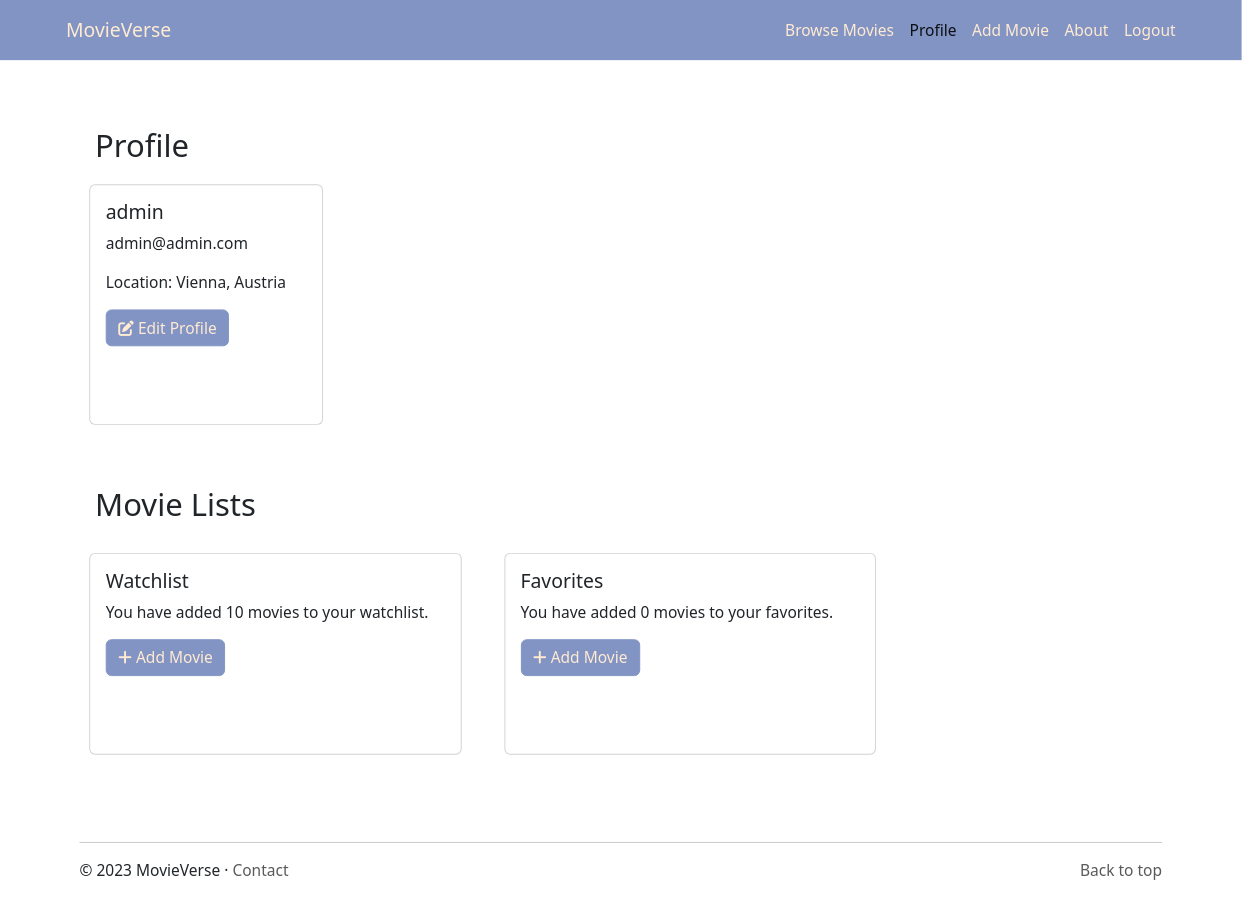
Repository: rafaelasantana/MovieVerse
Page: http://localhost/profile.php
The author's editor kept a copy of each file at every save. The page is drawn from the files as they stood at one save, then again after the next save.
The browser window is 1280 px wide. The pictures show the whole page, at 97% of full size.
Some web libraries are served in a nearby version. The page is run by PHP 8.4 with error messages shown; the project is at /var/www/html/. The session is filled in as if someone had signed in: {"username": "admin", "role": 1, "status": 1, "id": 1, "firstname": "admin", "email": "admin@admin.com"}. Other server files are loaded and not shown. Queries for data that is not in the repository find no rows.

Above is the page before, as saved 2023-06-24 23:46:45.
Console error: TypeError: Cannot read properties of undefined (reading 'keyboard')

### MovieVerse/profile.php
<?php
$page = "profile";
session_start();
include "header.php";
include "navbar.php";
include "includes/db_handler.inc.php";  // assuming your database connection file is located at includes/db_handler.inc.php

$userId = $_SESSION["id"];
$watchlist_count = 0;
$favorites_count = 0;

if ($userId) {
    $stmt = $conn->prepare("SELECT COUNT(*) as count FROM watched WHERE user_id = ?");
    $stmt->bind_param("i", $userId);
    $stmt->execute();
    $result = $stmt->get_result();
    $row = $result->fetch_assoc();
    $watchlist_count = $row['count'];

    $stmt = $conn->prepare("SELECT COUNT(*) as count FROM favorites WHERE user_id = ?");
    $stmt->bind_param("i", $userId);
    $stmt->execute();
    $result = $stmt->get_result();
    $row = $result->fetch_assoc();
    $favorites_count = $row['count'];
}

// Close the connection
$conn->close();
?>


<main>
  <div class="container my-5">
    <div class="row my-3">
      <div class="col-md-3">
        <p class="fs-2 mx-3 mt-3">Profile</p>
        <div class="card">
          <div class="card-body">
            <h5 class="card-title"><?php echo $_SESSION["firstname"];?></h5>
            <p class="card-text"><?php echo $_SESSION["email"];?></p>
            <p class="card-text">Location: Vienna, Austria</p>
            <a href="editProfile.php" class="btn btn-primary"><i class="fas fa-edit"></i> Edit Profile</a>
          </div>
        </div>
      </div>
    </div>
    <div class="row my-3">
      <div class="col-md-9 my-3">
        <p class="fs-2 mx-3 mt-3">Movie Lists</p>
        <div class="row my-3">
          <div class="col-md-6">
            <div class="card">
              <div class="card-body">
                <h5 class="card-title">Watchlist</h5>
                <p class="card-text">You have added 10 movies to your watchlist.</p>
                <a href="#" class="btn btn-primary"><i class="fas fa-plus"></i> Add Movie</a>
              </div>
            </div>
          </div>
          <div class="col-md-6">
            <div class="card">
              <div class="card-body">
                <h5 class="card-title">Favorites</h5>
                <p class="card-text">You have added <?php echo $favorites_count; ?> movies to your favorites.</p>
                <a href="#" class="btn btn-primary"><i class="fas fa-plus"></i> Add Movie</a>
              </div>
            </div>
          </div>
        </div>
      </div>

    </div>
  </div>
  </div>

</main>

<?php
include "footer.php";
?>

### MovieVerse/header.php
<!doctype html>
<html lang="en">

<head>
  <title>Title</title>
  <!-- Required meta tags -->
  <meta charset="utf-8">
  <meta name="viewport" content="width=device-width, initial-scale=1, shrink-to-fit=no">

  <!-- Bootstrap CSS v5.2.1 -->
  <link href="https://cdn.jsdelivr.net/npm/bootstrap@5.2.1/dist/css/bootstrap.min.css" rel="stylesheet" integrity="sha384-iYQeCzEYFbKjA/T2uDLTpkwGzCiq6soy8tYaI1GyVh/UjpbCx/TYkiZhlZB6+fzT" crossorigin="anonymous">

  <!-- Template Main CSS Files -->
  <link href="assets/css/variables.css" rel="stylesheet">
  <link href="assets/css/index.css" rel="stylesheet">
  <link href="assets/css/login.css" rel="stylesheet">
  <link href="assets/css/footer.css" rel="stylesheet">
  <link href="assets/css/navbar.css" rel="stylesheet">

  <!-- add jquery (here minimized version)-->
  <script src="https://code.jquery.com/jquery-3.6.4.min.js" integrity="sha256-oP6HI9z1XaZNBrJURtCoUT5SUnxFr8s3BzRl+cbzUq8=" crossorigin="anonymous"></script>

  <!-- add font awesome library -->
  <script src="https://kit.fontawesome.com/a2b15cd676.js" crossorigin="anonymous"></script>

  <script defer src="assets/js/index.js"></script>

</head>

<body>

### MovieVerse/navbar.php
<!-- Begin header -->
<div class="navbar navbar-expand-lg" style="background-color: #8294C4">
    <div class="container-fluid">
        <!-- click on logo image to go to homepage -->
        <a href="index.php" class="navbar-brand mx-2 navbar-text">MovieVerse</a>
        <!-- burger button when collapses -->
        <div class="justify-content-end">
            <button class="navbar-toggler" type="button" data-bs-toggle="collapse" data-bs-target="#navbar_index" aria-controls="navbar_index" aria-expanded="false">
                <span class="navbar-toggler-icon"></span>
            </button>

        </div>
        <!-- Navbar -->
        <div id="navbar_index" class="collapse navbar-collapse justify-content-end">
            <div class="navbar-nav">
                <a class="navbar-text nav-link <?php if ($page == 'index') echo 'active' ?>" href="index.php">Browse Movies</a>
                <?php
                // if user is logged in, show profile
                if (isset($_SESSION["firstname"])) { ?>
                    <a class="navbar-text nav-link <?php if ($page == 'profile') echo 'active' ?> " href="profile.php">Profile</a>
                    <a class='navbar-text nav-link <?php if($page == 'addMovies') echo 'active' ?>' href='addMovies.php'>Add Movie</a>
                    <a class="navbar-text nav-link <?php if ($page == "help") echo " active" ?>" href="about.php">About</a>
                    <a class='navbar-text nav-link <?php if($page == 'logout') echo 'active' ?>' href='includes/logout.inc.php'>Logout</a>
                <?php }
                // if user is not logged in, show register and login
                else { ?>
                    <a class="navbar-text nav-link <?php if ($page == "registration") echo "active" ?>" href="registration.php">Register</a>
                    <a class="navbar-text nav-link <?php if ($page == "login") echo " active" ?>" href="login.php">Login</a>
                    <a class="navbar-text nav-link <?php if ($page == "help") echo " active" ?>" href="about.php">About</a>
                <?php } ?>
            </div>
        </div>
    </div>
</div>

### MovieVerse/includes/db_handler.inc.php
<?php
mysqli_report(MYSQLI_REPORT_ERROR | MYSQLI_REPORT_STRICT);


$server_name = "localhost";
$db_username = "root";
$db_password = "";
$db_name = "movieverseprojekt";

$conn = mysqli_connect($server_name, $db_username, $db_password, $db_name);

if (mysqli_connect_errno()) {
    printf("Connect failed: %s\n", mysqli_connect_error());
}

if (!mysqli_ping($conn)) {
    printf ("Error: %s\n", mysqli_error($conn));
}

### MovieVerse/footer.php
<footer class="container mt-4">
  <hr class="featurette-divider">
  <p class="float-end"><a href="#" class="footerCls">Back to top</a></p>
  <p>&copy; 2023 MovieVerse &middot; <a href="about.php" class="footerCls">Contact</a></p>
</footer>
<!-- Bootstrap JavaScript Libraries -->
<script src="https://cdn.jsdelivr.net/npm/@popperjs/core@2.11.6/dist/umd/popper.min.js" integrity="sha384-oBqDVmMz9ATKxIep9tiCxS/Z9fNfEXiDAYTujMAeBAsjFuCZSmKbSSUnQlmh/jp3" crossorigin="anonymous">
</script>

<script src="https://cdn.jsdelivr.net/npm/bootstrap@5.2.1/dist/js/bootstrap.min.js" integrity="sha384-7VPbUDkoPSGFnVtYi0QogXtr74QeVeeIs99Qfg5YCF+TidwNdjvaKZX19NZ/e6oz" crossorigin="anonymous">
</script>
</body>

</html>

### MovieVerse/assets/css/variables.css
/**
* Template Name: ZenBlog
* File: variables.css
* Description: Easily customize colors, typography, and other repetitive properties used in the template main stylesheet file main.css
*
* Template URL: https://bootstrapmade.com/zenblog-bootstrap-blog-template/
* Author: BootstrapMade.com
* License: https://bootstrapmade.com/license/
*
* Contents:
* 1. ZenBlog template variables
* 2. Override default Bootstrap variables
* 3. Set color and background class names
*
* Learn more about CSS variables at https://developer.mozilla.org/en-US/docs/Web/CSS/Using_CSS_custom_properties
*/

/*--------------------------------------------------------------
# 1. ZenBlog template variables
--------------------------------------------------------------*/
:root {

  /* Fonts */
  --font-default: 'EB Garamond', system-ui, -apple-system, "Segoe UI", Roboto, "Helvetica Neue", Arial, "Noto Sans", "Liberation Sans", sans-serif, "Apple Color Emoji", "Segoe UI Emoji", "Segoe UI Symbol", "Noto Color Emoji";
  --font-primary: 'EB Garamond', serif; /*'Playfair Display', serif;*/
  --font-secondary: 'Inter', sans-serif;

  /* Colors */
  /* The *-rgb color names are simply the RGB converted value of the corresponding color for use in the rgba() function */

  /* Default text color */
  --color-default: #212529;
  --color-default-rgb: 33, 37, 41;

  /* Defult links color */
  --color-links: #212529;
  --color-links-hover: #15171a;

  /* Primay colors */
  --color-primary: #212529;
  --color-primary-light: #26282c;
  --color-primary-dark: #0b0c0e;

  --color-primary-rgb: 33, 37, 41;
  --color-primary-light-rgb: 38, 40, 44;
  --color-primary-dark-rgb: 11, 12, 14;

  /* Secondary colors */
  --color-secondary: #596d80;
  --color-secondary-light: #8498aa;
  --color-secondary-dark: #404f5c;

  --color-secondary-rgb: 89, 109, 128;
  --color-secondary-light-rgb: 132, 152, 170;
  --color-secondary-dark-rgb: 64, 79, 92;

  /* General colors */
  --color-blue: #0d6efd;
  --color-blue-rgb: 13, 110, 253;

  --color-indigo: #6610f2;
  --color-indigo-rgb: 102, 16, 242;

  --color-purple: #6f42c1;
  --color-purple-rgb: 111, 66, 193;

  --color-pink: #f3268c;
  --color-pink-rgb: 243, 38, 140;

  --color-red: #df1529;
  --color-red-rgb: 223, 21, 4;

  --color-orange: #fd7e14;
  --color-orange-rgb: 253, 126, 20;

  --color-yellow: #ffc107;
  --color-yellow-rgb: 255, 193, 7;

  --color-green: #059652;
  --color-green-rgb: 5, 150, 82;

  --color-teal: #20c997;
  --color-teal-rgb: 32, 201, 151;

  --color-cyan: #0dcaf0;
  --color-cyan-rgb: 13, 202, 240;

  --color-white: #ffffff;
  --color-white-rgb: 255, 255, 255;

  --color-gray: #6c757d;
  --color-gray-rgb: 108, 117, 125;

  --color-black: #000000;
  --color-black-rgb: 0, 0, 0;
}

/*--------------------------------------------------------------
# 2. Override default Bootstrap variables
--------------------------------------------------------------*/
:root {
  --bs-blue: var(--color-blue);
  --bs-indigo: var(--color-indigo);
  --bs-purple: var(--color-purple);
  --bs-pink: var(--color-pink);
  --bs-red: var(--color-red);
  --bs-orange: var(--color-orange);
  --bs-yellow: var(--color-yellow);
  --bs-green: var(--color-green);
  --bs-teal: var(--color-teal);
  --bs-cyan: var(--color-cyan);
  --bs-white: var(--color-white);
  --bs-gray: var(--color-gray);
  --bs-gray-dark: #343a40;
  --bs-gray-100: #f8f9fa;
  --bs-gray-200: #e9ecef;
  --bs-gray-300: #dee2e6;
  --bs-gray-400: #ced4da;
  --bs-gray-500: #adb5bd;
  --bs-gray-600: #6c757d;
  --bs-gray-700: #495057;
  --bs-gray-800: #343a40;
  --bs-gray-900: #212529;
  --bs-primary: var(--color-blue);
  --bs-secondary: var(--color-blue);
  --bs-success: #198754;
  --bs-info: #0dcaf0;
  --bs-warning: #ffc107;
  --bs-danger: #dc3545;
  --bs-light: #f8f9fa;
  --bs-dark: #212529;
  --bs-primary-rgb: var(--color-primary-rgb);
  --bs-secondary-rgb: var(--color-secondary-rgb);
  --bs-success-rgb: 25, 135, 84;
  --bs-info-rgb: 13, 202, 240;
  --bs-warning-rgb: 255, 193, 7;
  --bs-danger-rgb: 220, 53, 69;
  --bs-light-rgb: 248, 249, 250;
  --bs-dark-rgb: 33, 37, 41;
  --bs-white-rgb: var(--color-white-rgb);
  --bs-black-rgb: var(--color-black-rgb);
  --bs-body-color-rgb: var(--color-default-rgb);
  --bs-body-bg-rgb: 255, 255, 255;
  --bs-font-sans-serif: var(--font-default);
  --bs-font-monospace: SFMono-Regular, Menlo, Monaco, Consolas, "Liberation Mono", "Courier New", monospace;
  --bs-gradient: linear-gradient(180deg, rgba(255, 255, 255, 0.15), rgba(255, 255, 255, 0));
  --bs-body-font-family: var(--font-default);
  --bs-body-font-size: 1rem;
  --bs-body-font-weight: 400;
  --bs-body-line-height: 1.5;
  --bs-body-color: var(--color-default);
  --bs-body-bg: #fff;
}

/*--------------------------------------------------------------
# 3. Set color and background class names
--------------------------------------------------------------*/
/* Fonts */
.font-default { font-family: var(--font-default) !important; }
.font-primary { font-family: var(--font-primary) !important;}
.font-secondary { font-family: var(--font-secondary) !important; }

/* Text Colors */
.color-default { color: var(--color-default) !important; }
.color-links { color: var(--color-links) !important; }
.color-links:hover { color: var(--color-links-hover) !important; }
.color-primary { color: var(--color-primary) !important; }
.color-primary-light { color: var(--color-primary-light) !important; }
.color-primary-dark { color: var(--color-primary-dark) !important; }
.color-secondary { color: var(--color-secondary) !important; }
.color-secondary-light { color: var(--color-secondary-light) !important; }
.color-secondary-dark { color: var(--color-secondary-dark) !important; }
.color-blue { color: var(--color-blue) !important; }
.color-indigo { color: var(--color-indigo) !important; }
.color-purple { color: var(--color-purple) !important; }
.color-pink { color: var(--color-pink) !important; }
.color-red { color: var(--color-red) !important; }
.color-orange { color: var(--color-orange) !important; }
.color-yellow { color: var(--color-yellow) !important; }
.color-green { color: var(--color-green) !important; }
.color-teal { color: var(--color-teal) !important; }
.color-cyan { color: var(--color-cyan) !important; }
.color-white { color: var(--color-white) !important; }
.color-gray { color: var(--color-gray) !important; }
.color-black { color: var(--color-black) !important; }

/* Background Colors */
.bg-default { background-color: var(--color-default) !important; }
.bg-primary { background-color: var(--color-primary) !important; }
.bg-primary-light { background-color: var(--color-primary-light) !important; }
.bg-primary-dark { background-color: var(--color-primary-dark) !important; }
.bg-secondary { background-color: var(--color-secondary) !important; }
.bg-secondary-light { background-color: var(--color-secondary-light) !important; }
.bg-secondary-dark { background-color: var(--color-secondary-dark) !important; }
.bg-blue { background-color: var(--color-blue) !important; }
.bg-indigo { background-color: var(--color-indigo) !important; }
.bg-purple { background-color: var(--color-purple) !important; }
.bg-pink { background-color: var(--color-pink) !important; }
.bg-red { background-color: var(--color-red) !important; }
.bg-orange { background-color: var(--color-orange) !important; }
.bg-yellow { background-color: var(--color-yellow) !important; }
.bg-green { background-color: var(--color-green) !important; }
.bg-teal { background-color: var(--color-teal) !important; }
.bg-cyan { background-color: var(--color-cyan) !important; }
.bg-white { background-color: var(--color-white) !important; }
.bg-gray { background-color: var(--color-gray) !important; }
.bg-black { background-color: var(--color-black) !important; }

### MovieVerse/assets/css/index.css
.btn{
    --bs-btn-color:#FFEAD2;
    background-color:#8294C4;
    text-decoration: none;
    --bs-btn-border-color:#8294C4;
    --bs-btn-hover-color:#FFEAD2;
    --bs-btn-hover-bg:#DBDFEA;
    --bs-btn-hover-border-color:#DBDFEA;
    --bs-btn-focus-shadow-rgb:0,0,0;
    --bs-btn-active-color:#FFEAD2;
    --bs-btn-active-bg:#8294C4;
    --bs-btn-active-border-color:#8294C4;
    --bs-btn-active-shadow:inset 0 3px 5px rgba(0, 0, 0, 0.125);
    --bs-btn-disabled-color:#DBDFEA;
    --bs-btn-disabled-bg:transparent;
    --bs-btn-disabled-border-color:#DBDFEA;
    --bs-gradient:none;
}

.container-fluid {
    padding-left: 60px; /* Add left margin */
    padding-right: 60px; /* Add right margin */
}

.img-wrapper{
    display: flex;
    align-items: center;
    justify-content: center;
}

.search-image-responsive{
    width:150px;
    height:150px;
}

img{
    width:400px;
    height:550px;

 /*Scale down will take the necessary specified space that is 100px x 100px without stretching the image*/
     object-fit:scale-down;
}

@media screen and (min-width:576px) {
    .carousel-inner{
        display: flex;
    }
    .carousel-item{
        flex: auto;
    }
    .img-wrapper{
        height: 35em;
    }

}

.carousel{
    width: 1150px;
}

.carousel-item{
    display: block;
    margin-right: 0;
    margin: 1em;
}

.carousel-inner{
    padding: 1em;
}

.card-container {
    display: flex;
    flex-wrap: wrap;
}

.card {
    flex: 1 1 300px; /* Set a fixed width for the cards */
    margin: 10px; /* Add some margin between the cards */
    display: flex;
    flex-direction: column;
}

.card-body {
    flex-grow: 1; /* Allow the card body to expand to fill the available space */
    padding-bottom: 80px; /* Add padding to the bottom to create space for the buttons */
}

.card-buttons {
    position: absolute; /* Add position: absolute */
    bottom: 10px; /* Adjust the desired distance from the bottom */
    left: 10px; /* Adjust the desired distance from the left */
}

@media (max-width: 768px) {
    .card-container {
        flex-wrap: nowrap;
    }

    .card-container .card {
        width: 100%;
        margin-right: 0;
    }
}

.carousel-control-prev, .carousel-control-next{
    /* position: fixed; */
    margin: 10em;
    width: 6vh;
    height: 6vh;
    background-color: #e1e1e1;
    border-radius: 50%;
    top: 50%;
    transform: translateY(-50%);
    opacity: .5;
}

.search-result .title h3 {
    margin: 0 0 15px;
    color: #333;
}
.search-result .title p {
    font-size: 12px;
    color: #333;
}
.well {
    border: 0;
    padding: 0px;
    min-height: 63px;
    background: #fff;
    box-shadow: none;
    border-radius: 0px;
    position: relative;
    max-height: 100000px;
    border-bottom: 2px solid #ccc;
    transition: max-height 0.5s ease;
    -o-transition: max-height 0.5s ease;
    -ms-transition: max-height 0.5s ease;
    -moz-transition: max-height 0.5s ease;
    -webkit-transition: max-height 0.5s ease;
}
.form-control {
    height: 45px;
    padding: 10px;
    font-size: 16px;
    box-shadow: none;
    border-radius: 0;
    position: relative;
}

### MovieVerse/assets/css/login.css
.btn-login{
  --bs-btn-color:#FFEAD2;
  background-color:#8294C4;
  text-decoration: none;
  --bs-btn-border-color:#8294C4;
  --bs-btn-hover-color:#FFEAD2;
  --bs-btn-hover-bg:#DBDFEA;
  --bs-btn-hover-border-color:#DBDFEA;
  --bs-btn-focus-shadow-rgb:0,0,0;
  --bs-btn-active-color:#FFEAD2;
  --bs-btn-active-bg:#8294C4;
  --bs-btn-active-border-color:#8294C4;
  --bs-btn-active-shadow:inset 0 3px 5px rgba(0, 0, 0, 0.125);
  --bs-btn-disabled-color:#DBDFEA;
  --bs-btn-disabled-bg:transparent;
  --bs-btn-disabled-border-color:#DBDFEA;
  --bs-gradient:none;
  }

.text{
  text-align: center;
}

.errortxt {
  color: red;
}

### MovieVerse/assets/css/footer.css
a.footerCls{
    text-decoration: none;
    color: #5a5a5a;
}

a.footerCls:hover{
    color: #c9a58b;
}

### MovieVerse/assets/css/navbar.css
.navbar-text {
    color: #FFEAD2;
}

.navbar-text .active{
    color: #DBDFEA;
}

### MovieVerse/assets/js/index.js
$(document).ready(function () {

    var multipleItemCarousel = document.querySelector('#multipleItemCarousel');

    // toggle form to add new movie
    $("#addMovieToggle").click(function() {
        console.log("clicked on addMovieToggle ");
        $("#addMovieForm").toggle();
    })

    // photo carousel logic
    // for bigger screens
    if (window.matchMedia("(min-width:576px)").matches) {

        var carousel = new bootstrap.Carousel(multipleItemCarousel, {
            interval: false
        })

        var carouselWidth = $('.carousel-inner')[0].scrollWidth;

        var cardWidth = $('.carousel-item').width();


        var scrollPosition = 0;

        $('.carousel-control-next').on('click', function () {
            if (scrollPosition < (carouselWidth - (cardWidth * 4))) {
                console.log('next');
                scrollPosition = scrollPosition + cardWidth;
                $('.carousel-inner').animate({ scrollLeft: scrollPosition }, 600);
            }
        })

        $('.carousel-control-prev').on('click', function () {
            if (scrollPosition > 0) {
                console.log('prev');
                scrollPosition = scrollPosition - cardWidth;
                $('.carousel-inner').animate({ scrollLeft: scrollPosition }, 600);
            }
        })
    }
    // for smaller screens
    else {
        $(multipleItemCarousel).addClass('slide');

        $('.carousel-control-next').on('click', function () {
            if (scrollPosition < (carouselWidth - (cardWidth * 4))) {
                console.log('next');
                scrollPosition = scrollPosition + cardWidth;
                $('.carousel-inner').animate({ scrollLeft: scrollPosition }, 600);
            }
        })

        $('.carousel-control-prev').on('click', function () {
            if (scrollPosition > 0) {
                console.log('prev');
                scrollPosition = scrollPosition - cardWidth;
                $('.carousel-inner').animate({ scrollLeft: scrollPosition }, 600);
            }
        })

    }

});

After the next save:
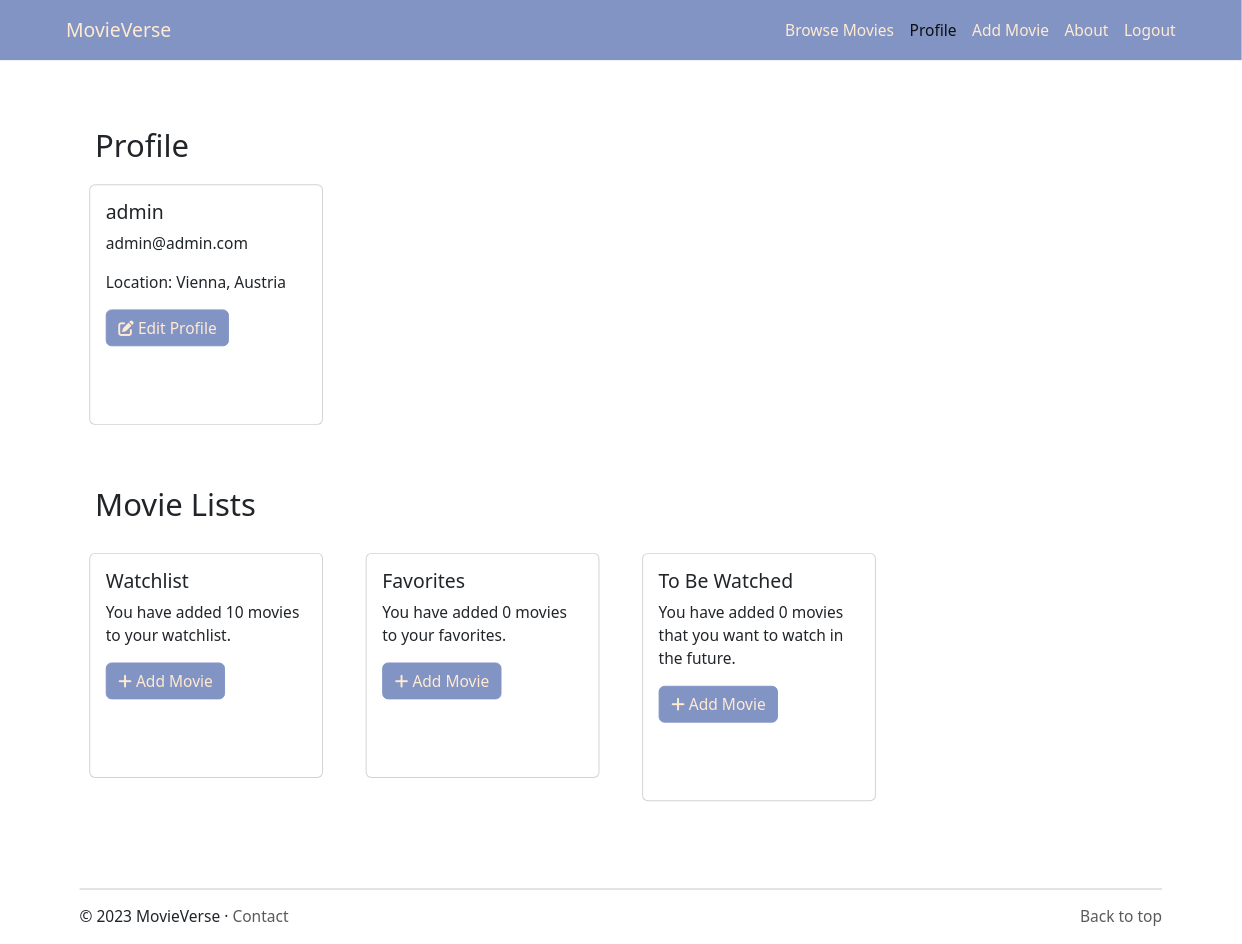
Saved 2 min 50 s later.
--- a/MovieVerse/profile.php
+++ b/MovieVerse/profile.php
@@ -11,6 +11,13 @@ $favorites_count = 0;
 
 if ($userId) {
     $stmt = $conn->prepare("SELECT COUNT(*) as count FROM watched WHERE user_id = ?");
+    $stmt->bind_param("i", $userId);
+    $stmt->execute();
+    $result = $stmt->get_result();
+    $row = $result->fetch_assoc();
+    $watchlist_count = $row['count'];
+
+    $stmt = $conn->prepare("SELECT COUNT(*) as count FROM watch_later WHERE user_id = ?");
     $stmt->bind_param("i", $userId);
     $stmt->execute();
     $result = $stmt->get_result();
@@ -49,7 +56,7 @@ $conn->close();
       <div class="col-md-9 my-3">
         <p class="fs-2 mx-3 mt-3">Movie Lists</p>
         <div class="row my-3">
-          <div class="col-md-6">
+          <div class="col-md-4">
             <div class="card">
               <div class="card-body">
                 <h5 class="card-title">Watchlist</h5>
@@ -58,11 +65,20 @@ $conn->close();
               </div>
             </div>
           </div>
-          <div class="col-md-6">
+          <div class="col-md-4">
             <div class="card">
               <div class="card-body">
                 <h5 class="card-title">Favorites</h5>
                 <p class="card-text">You have added <?php echo $favorites_count; ?> movies to your favorites.</p>
+                <a href="#" class="btn btn-primary"><i class="fas fa-plus"></i> Add Movie</a>
+              </div>
+            </div>
+          </div>
+          <div class="col-md-4">
+            <div class="card">
+              <div class="card-body">
+                <h5 class="card-title">To Be Watched</h5>
+                <p class="card-text">You have added <?php echo $favorites_count; ?> movies that you want to watch in the future.</p>
                 <a href="#" class="btn btn-primary"><i class="fas fa-plus"></i> Add Movie</a>
               </div>
             </div>
